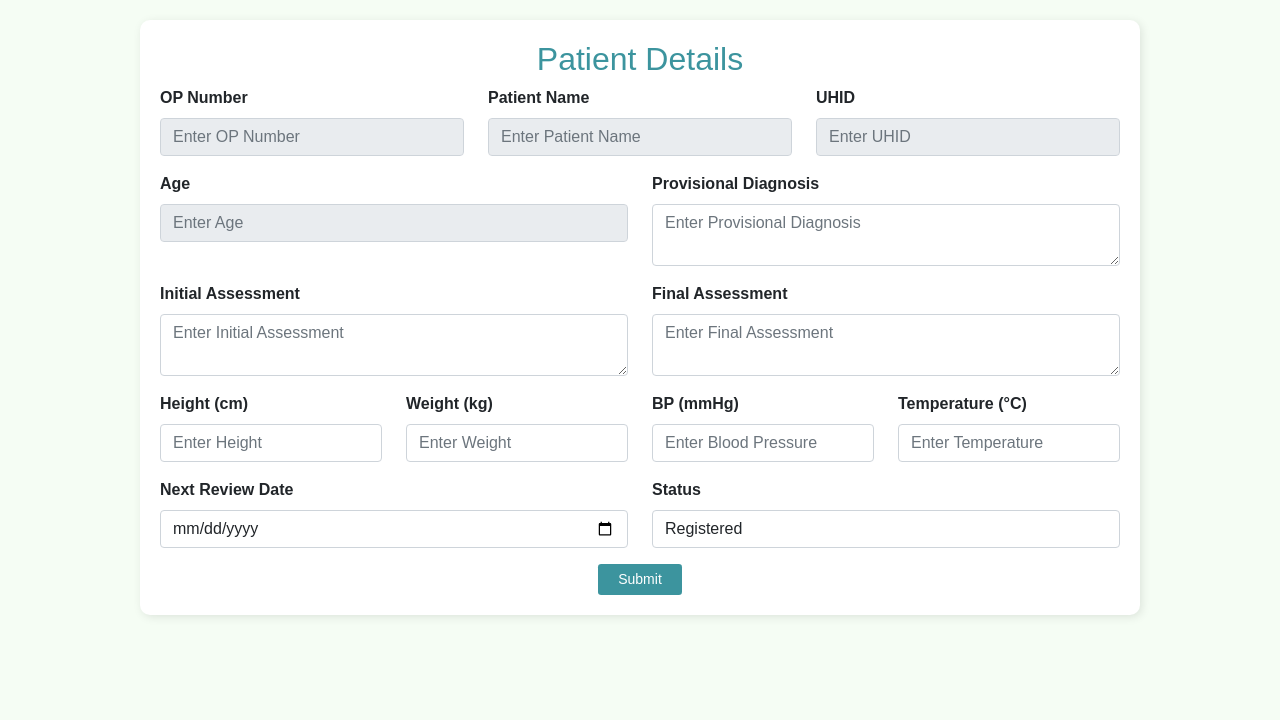
Repository: NAGENDRAN0/New
Page: http://localhost/prescriptiondetail
An editor plug-in stored every save of this project. The page is shown before and after the next save, followed by the edit.
The browser window is 1280 px wide. The pictures show the whole page.
The page is this project's Thymeleaf template; nobody is signed in. The template is opened directly, without the code that normally fills it, so the values that code supplies are empty.

Above is the page before, as saved 2025-05-15 10:59:30.

### Documents/workspace-spring-tool-suite-4-4.25.0.RELEASE/HMS/src/main/resources/templates/prescriptiondetail.html
<!DOCTYPE html>
<html lang="en">

<head>
    <meta charset="UTF-8">
    <meta name="viewport" content="width=device-width, initial-scale=1.0">
    <title>Patient Details</title>
    <!-- Bootstrap CSS -->
    <link href="https://cdn.jsdelivr.net/npm/bootstrap@5.0.2/dist/css/bootstrap.min.css" rel="stylesheet">

    <style>
        body {
            background-color: #f5fdf4;
            font-family: Arial, sans-serif;
        }

        .container {
            max-width: 1000px;
            background-color: white;
            padding: 20px;
            border-radius: 10px;
            box-shadow: 2px 2px 10px rgba(0, 0, 0, 0.1);
            margin-top: 20px;
        }

        .form-label {
            font-weight: bold;
        }

        .navbar {
            background-color: #3C949E;
            padding: 10px;
        }

        .navbar-brand,
        .nav-link {
            color: white !important;
        }

        @media (max-width: 768px) {
            .container {
                max-width: 95%;
            }
        }
    </style>
</head>

<body>


    <div class="container">
        <h2 class="text-center" style="color: #3C949E;">Patient Details</h2>
		<!-- Success Message Alert -->
		<div th:if="${successMessage}" class="alert alert-success text-center">
		    <span th:text="${successMessage}"></span>
		</div>

        <form th:action="@{/prescriptionSave}" method="post">
			<input type="hidden" name="UHId" th:value="${patients.UHId}">
            <div class="row">
                <div class="col-md-4 mb-3">
                    <label class="form-label">OP Number</label>
                    <input type="text" class="form-control" placeholder="Enter OP Number" th:value="${patients.patientEntryNumber}" readonly>
                </div>

                <div class="col-md-4 mb-3">
                    <label class="form-label">Patient Name</label>
                    <input type="text" class="form-control" placeholder="Enter Patient Name" th:value="${patients.patientName}" readonly>
                </div>

                <div class="col-md-4 mb-3">
                    <label class="form-label">UHID</label>
                    <input type="text" class="form-control" placeholder="Enter UHID" th:value="${patients.UHId}" readonly>
                </div>
            </div>

            <div class="row">
                <div class="col-md-6 mb-3">
                    <label class="form-label">Age</label>
                    <input type="number" class="form-control" placeholder="Enter Age" th:value="${patients.patientAge}" readonly>
                </div>

                <div class="col-md-6 mb-3">
                    <label class="form-label">Provisional Diagnosis</label>
                    <textarea class="form-control" rows="2" name="provisionaldiagnosis" placeholder="Enter Provisional Diagnosis" th:text="${prescription.provisionaldiagnosis}"></textarea>
                </div>
            </div>

            <div class="row">
                <div class="col-md-6 mb-3">
                    <label class="form-label">Initial Assessment</label>
                    <textarea class="form-control" rows="2" name="initialassesment" th:text="${prescription.initialassesment}" placeholder="Enter Initial Assessment"></textarea>
                </div>

                <div class="col-md-6 mb-3">
                    <label class="form-label">Final Assessment</label>
                    <textarea class="form-control" rows="2" name="finalassesment" th:text="${prescription.finalassesment}" placeholder="Enter Final Assessment"></textarea>
                </div>
            </div>

            <div class="row">
                <div class="col-md-3 mb-3">
                    <label class="form-label">Height (cm)</label>
                    <input type="number" class="form-control" name="height" th:value="${prescription.height}" placeholder="Enter Height">
                </div>

                <div class="col-md-3 mb-3">
                    <label class="form-label">Weight (kg)</label>
                    <input type="number" class="form-control" name="weight" th:value="${prescription.weight}" placeholder="Enter Weight">
                </div>

                <div class="col-md-3 mb-3">
                    <label class="form-label">BP (mmHg)</label>
                    <input type="text" class="form-control" name="bp" th:value="${prescription.bp}" placeholder="Enter Blood Pressure">
                </div>

                <div class="col-md-3 mb-3">
                    <label class="form-label">Temperature (°C)</label>
                    <input type="number" step="0.1" class="form-control" name="temperature" th:value="${prescription.temperature}" placeholder="Enter Temperature">
                </div>
            </div>

            <!-- Next Review Date & Status Moved to Bottom -->
            <div class="row">
                <div class="col-md-6 mb-3">
                    <label class="form-label">Next Review Date</label>
                    <input type="date" class="form-control" name="nextvisit" th:value="${prescription.nextvisit}" >
                </div>

                <div class="col-md-6 mb-3">
                    <label class="form-label">Status</label>
                    <select class="form-control" name="status" th:value="${prescription.status}">
                        <option value="Registered">Registered</option>
                        <option value="Completed">Completed</option>
                    </select>
                </div>
            </div>

            <!-- Small Submit Button -->
            <button type="submit" class="btn btn-primary btn-sm d-block mx-auto"
                    style="background-color: #3C949E; border: none; padding: 5px 20px;">
                Submit
            </button>
        </form>
    </div>

    <!-- Bootstrap JavaScript -->
    <script src="https://cdn.jsdelivr.net/npm/bootstrap@5.0.2/dist/js/bootstrap.bundle.min.js"></script>

</body>

</html>

After the next save:
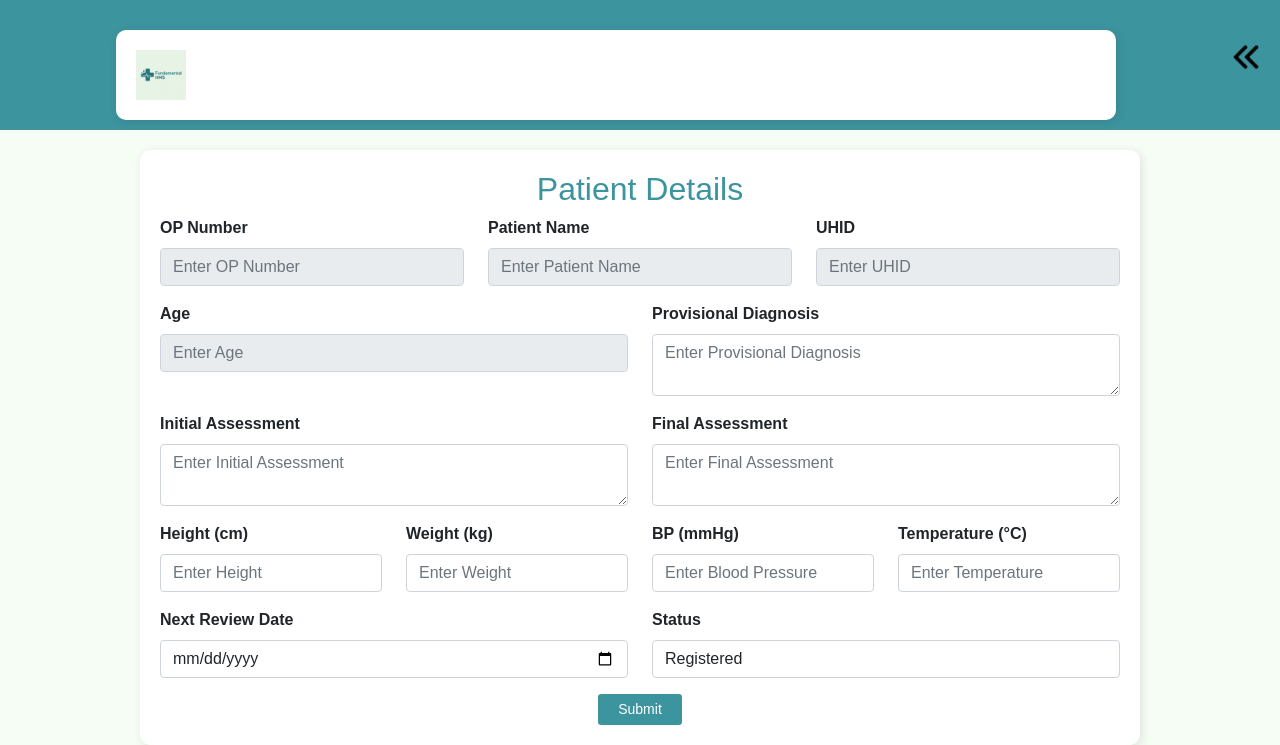
Saved 6 s later.
--- a/Documents/workspace-spring-tool-suite-4-4.25.0.RELEASE/HMS/src/main/resources/templates/prescriptiondetail.html
+++ b/Documents/workspace-spring-tool-suite-4-4.25.0.RELEASE/HMS/src/main/resources/templates/prescriptiondetail.html
@@ -46,6 +46,32 @@
 </head>
 
 <body>
+	<nav class="navbar navbar-expand-lg navbar-dark" style="background-color: #3C949E;">
+				<div class="container d-flex align-items-center">
+					<img th:src=@{/image/Logo.png} class="logo" width="50" height="50"/>
+					<a class="navbar-brand d-flex align-items-center" th:href="@{/}" style="color: white; font-weight: bold;">Fundamental HMS</a>
+					<button class="navbar-toggler" type="button" data-bs-toggle="collapse" data-bs-target="#navbarNav"
+						aria-controls="navbarNav" aria-expanded="false" aria-label="Toggle navigation">
+						<span class="navbar-toggler-icon"></span>
+					</button>
+					<div class="collapse navbar-collapse" id="navbarNav">
+						<ul class="navbar-nav ms-auto">
+							<li class="nav-item">
+								<a class="nav-link active" th:href="@{/}" style="color: white;">Home</a>
+							</li>
+							<li class="nav-item">
+								<a class="nav-link" th:href="@{/features}" style="color: white;">About</a>
+							</li>
+							<li class="nav-item">
+								<a class="nav-link" th:href="@{/contact}" style="color: white;">Profile</a>
+							</li>
+						</ul>
+					</div>
+				</div>
+				<div class="d-flex justify-content-end mb-3">
+						  <a href="/" class="btn btn-sm btn-custom"> <img src="/image/back.png" height="30" width="30"/> </a>
+						</div>
+			</nav>
 
 
     <div class="container">
